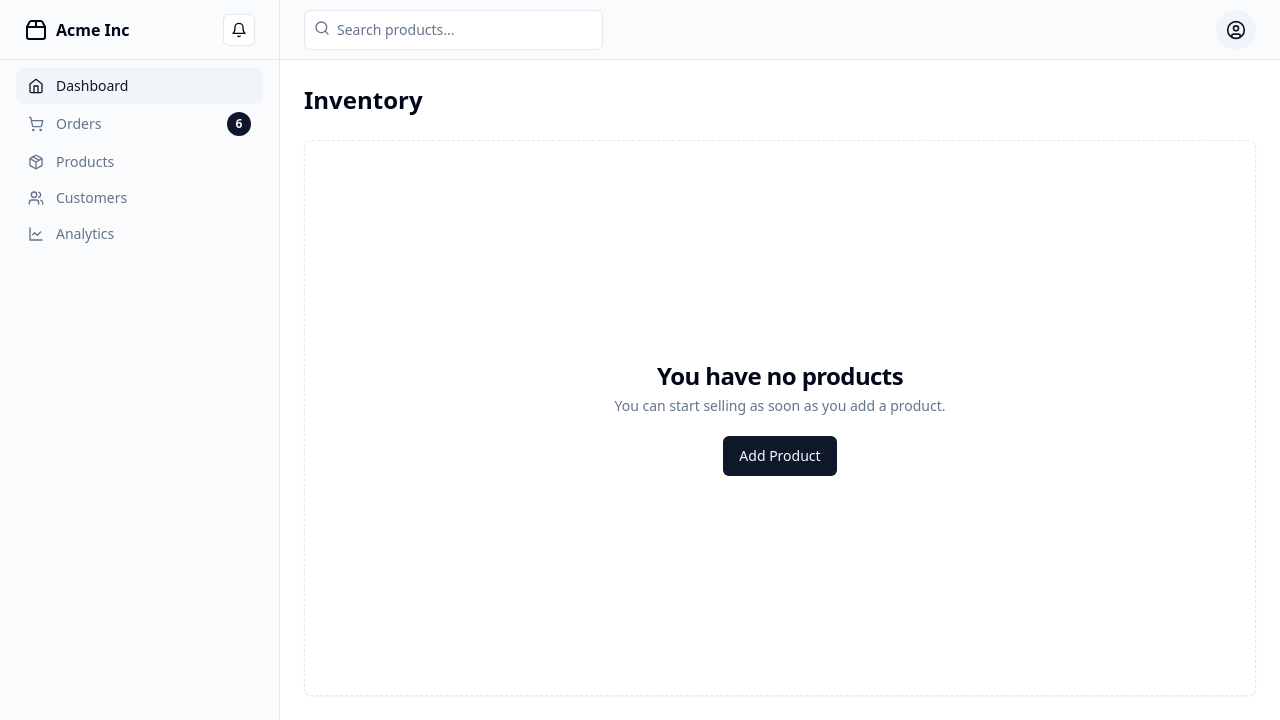
Repository: ifeanyidavid/yabta
Page: /dashboard (app in frontend/)
An editor plug-in stored every save of this project. The page is shown before and after the next save, followed by the edit.
The browser window is 1280 px wide. The pictures show the whole page.
The project was rebuilt for these pictures with package versions that can differ from the ones it lists, and the page was loaded fresh each time. Also part of the build but not shown: frontend/vite.config.ts, frontend/src/components/ui/card.tsx, frontend/src/components/ui/label.tsx, frontend/src/components/auth/login-form.tsx, frontend/src/pages/Login/index.tsx, frontend/src/routes/root.tsx, frontend/src/routes/error-page.tsx, frontend/src/components/auth/register-form.tsx and 5 more.

Above is the page before, as saved 2024-07-13 03:48:48.

After the next save:
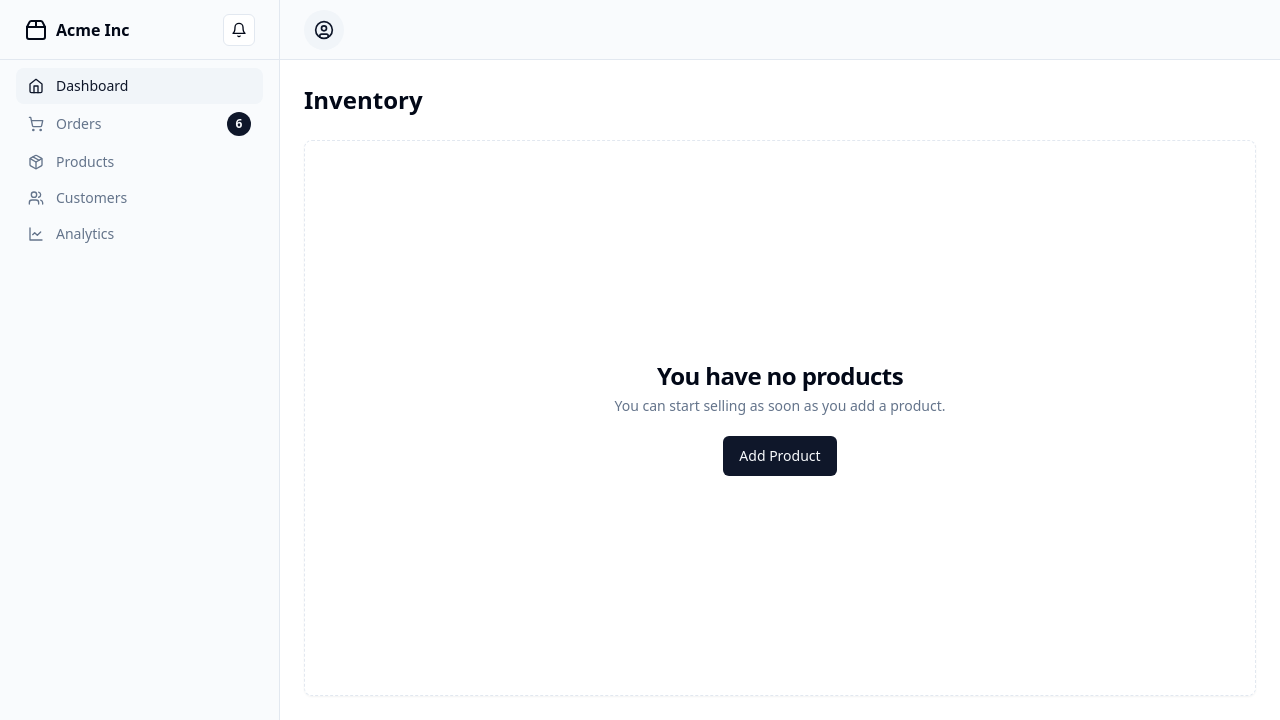
Saved 73 s later.
--- a/frontend/src/pages/Dashboard/index.tsx
+++ b/frontend/src/pages/Dashboard/index.tsx
@@ -166,18 +166,6 @@
       <div className="flex flex-col">
         <header className="flex h-14 items-center gap-4 border-b bg-muted/40 px-4 lg:h-[60px] lg:px-6">
           <SidebarMobile />
-          <div className="w-full flex-1">
-            <form>
-              <div className="relative">
-                <SearchIcon className="absolute left-2.5 top-2.5 h-4 w-4 text-muted-foreground" />
-                <Input
-                  type="search"
-                  placeholder="Search products..."
-                  className="w-full appearance-none bg-background pl-8 shadow-none md:w-2/3 lg:w-1/3"
-                />
-              </div>
-            </form>
-          </div>
           <DropdownMenu>
             <DropdownMenuTrigger asChild>
               <Button variant="secondary" size="icon" className="rounded-full">

After the save that followed:
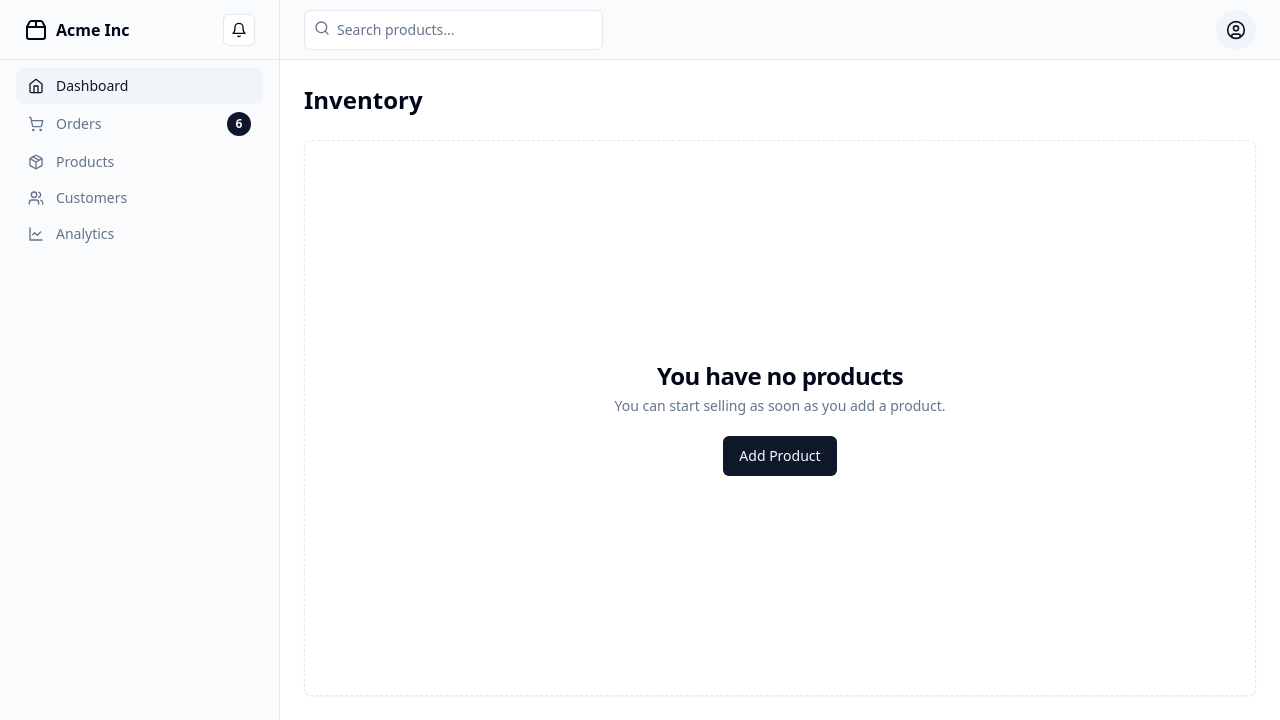
Saved 13 s later.
--- a/frontend/src/pages/Dashboard/index.tsx
+++ b/frontend/src/pages/Dashboard/index.tsx
@@ -166,6 +166,18 @@
       <div className="flex flex-col">
         <header className="flex h-14 items-center gap-4 border-b bg-muted/40 px-4 lg:h-[60px] lg:px-6">
           <SidebarMobile />
+          <div className="w-full flex-1">
+            <form>
+              <div className="relative">
+                <SearchIcon className="absolute left-2.5 top-2.5 h-4 w-4 text-muted-foreground" />
+                <Input
+                  type="search"
+                  placeholder="Search products..."
+                  className="w-full appearance-none bg-background pl-8 shadow-none md:w-2/3 lg:w-1/3"
+                />
+              </div>
+            </form>
+          </div>
           <DropdownMenu>
             <DropdownMenuTrigger asChild>
               <Button variant="secondary" size="icon" className="rounded-full">
